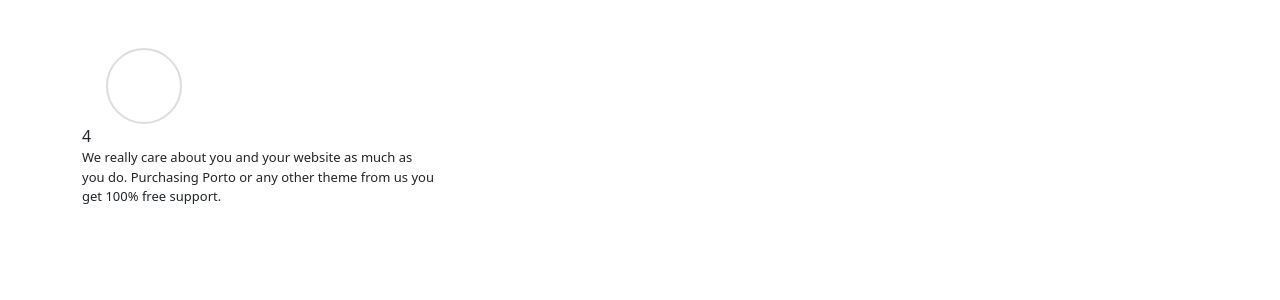
Repository: NguyenDo13/BE2-NhomH
Page: module-9/index/index.html
An editor plug-in stored every save of this project. The page is shown before and after the next save, followed by the edit.
The browser window is 1280 px wide. The pictures show the whole page.

Above is the page before, as saved 2022-05-15 11:28:41.

### module-9/index/index.html
<!DOCTYPE html>
<html lang="en">

<head>
    <meta charset="UTF-8" />
    <meta http-equiv="X-UA-Compatible" content="IE=edge" />
    <meta name="viewport" content="width=device-width, initial-scale=1.0" />
    <link rel="stylesheet" href="public/css/style.css" />
    <link rel="stylesheet" href="public/css/bootstrap.min.css" />
    <link rel="stylesheet" href="https://cdnjs.cloudflare.com/ajax/libs/font-awesome/5.15.3/css/all.min.css" />
    <title>Document</title>
</head>

<body>
    <div class="pt-5 pb-4">
        <!-- chia hàng -->
        <div class="container">
            <div class="row">
                <!-- chia cột -->
                <div class="vc_column_container col-md-4">
                    <div class="portoContainer vc_column-inner">
                        <div class="portoTop px-4 style_1 top-icon">
                            <div class="porto-siscon-top">
                                <div class="portoTopicon" style="text-align: center;">
                                    <div class="porto-icon advanced">

                                    </div>
                                    <i class="Simple-Line-Icons-earphones-alt"> </i>
                                </div>
                            </div>
                        </div>
                        <div class="portoheader">4</div>
                        <div class="portodescription" style="font-size: 13px">
                            We really care about you and your website as much as you do. Purchasing Porto or any other theme from us you get 100% free support.
                        </div>
                    </div>
                </div>
            </div>
        </div>
    </div>
</body>

</html>

### module-9/index/public/css/style.css
body {
    font-size: 13px;
    line-height: 22px;
    font-family: 'Open Sans', sans-serif;
    background: #fff;
}

.portoTotal {}

.container {}

.row {
    display: flex;
    flex-wrap: wrap;
}

.vc_column_container {}

.portoContainer {}

.portotop {}

.portoTopicon {}

.porto-icon {
    color: #0088cc;
    background: transparent;
    border-style: solid;
    border-color: #dddddd;
    border-width: 2px;
    width: 76px;
    height: 76px;
    line-height: 76px;
    border-radius: 40px;
    font-size: 40px;
}

.portoheader {}

.portodescription {}

.porto-siscon-top {}

Loaded but not shown: module-9/index/public/css/bootstrap.min.css (library)

After the next save:
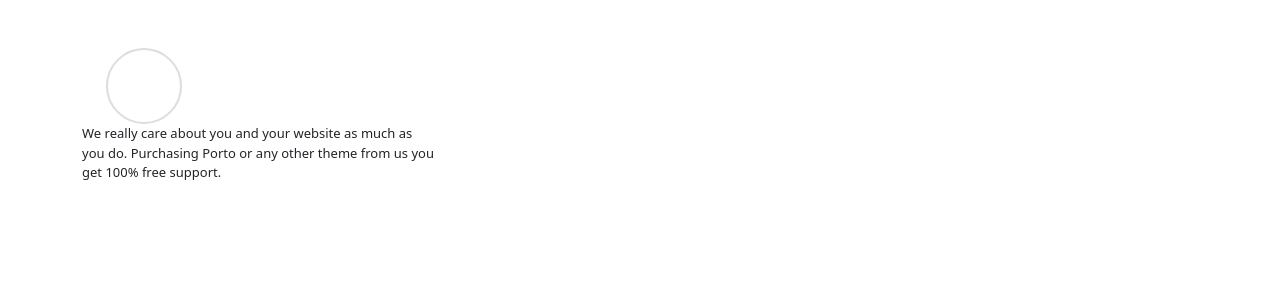
Saved 7 s later.
--- a/module-9/index/index.html
+++ b/module-9/index/index.html
@@ -29,7 +29,7 @@
                                 </div>
                             </div>
                         </div>
-                        <div class="portoheader">4</div>
+                        <div class="portoheader"></div>
                         <div class="portodescription" style="font-size: 13px">
                             We really care about you and your website as much as you do. Purchasing Porto or any other theme from us you get 100% free support.
                         </div>
